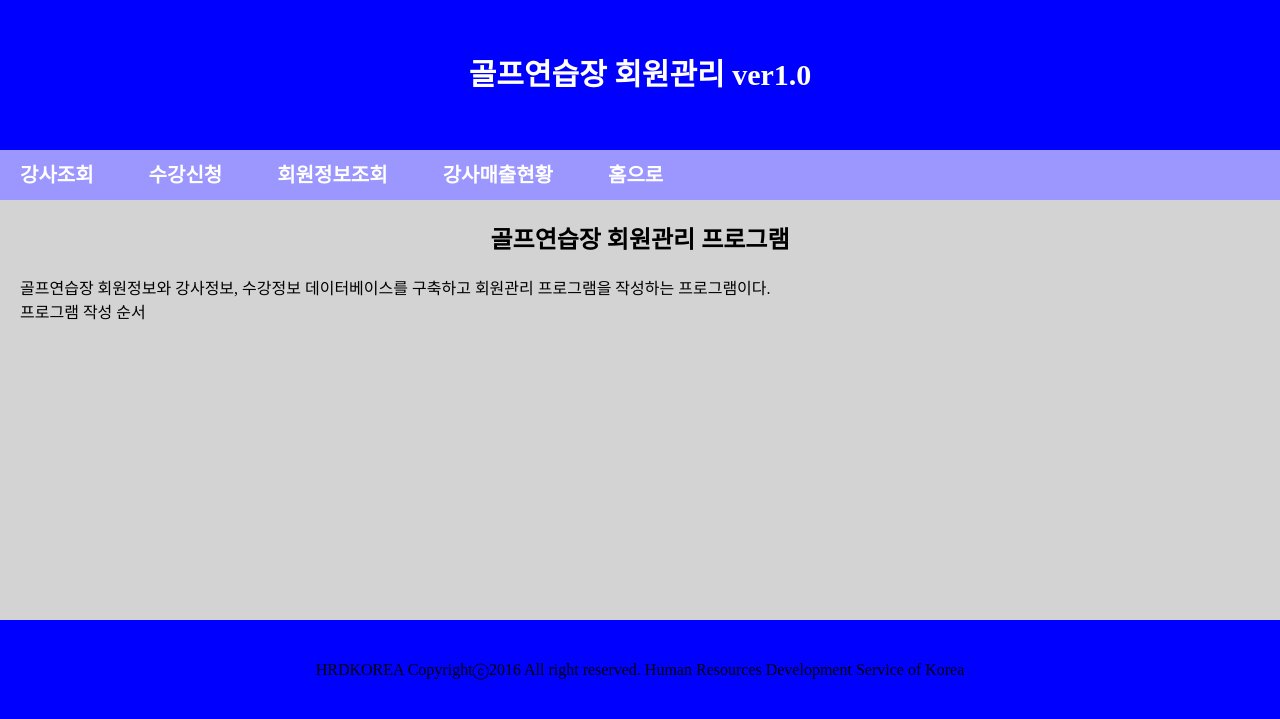
Repository: junhee97/-
Page: http://localhost/HRD_05/
These files come from the project's save history. The page is drawn as it stood at one moment and after a run of saves; the edit follows.
The browser window is 1280 px wide. The pictures show the whole page.
The page is served by Tomcat 9.

Above is the page before, as saved 2025-08-19 12:53:37.

### HRD_05/WebContent/index.jsp
<%@ page language="java" contentType="text/html; charset=UTF-8"
    pageEncoding="UTF-8"%>
<!DOCTYPE html PUBLIC "-//W3C//DTD HTML 4.01 Transitional//EN" "http://www.w3.org/TR/html4/loose.dtd">
<html>
<head>
<meta http-equiv="Content-Type" content="text/html; charset=UTF-8">
<title>Insert title here</title>
</head>
<body>

<jsp:include page="header.jsp"></jsp:include>

<section style="position: fixed; top: 200px; left: 0px; width: 100%; height: 100%; background-color: lightgray;">
<h2 style="text-align: center;">골프연습장 회원관리 프로그램</h2>
<p style="padding-left: 20px;">
	골프연습장 회원정보와 강사정보, 수강정보 데이터베이스를 구축하고 회원관리 프로그램을 작성하는 프로그램이다.<br>
	프로그램 작성 순서 <br>
</p>

</section>

<jsp:include page="footer.jsp"></jsp:include>

</body>
</html>

### HRD_05/WebContent/header.jsp
<%@ page language="java" contentType="text/html; charset=UTF-8"
    pageEncoding="UTF-8"%>
<!DOCTYPE html PUBLIC "-//W3C//DTD HTML 4.01 Transitional//EN" "http://www.w3.org/TR/html4/loose.dtd">
<html>
<head>
<meta http-equiv="Content-Type" content="text/html; charset=UTF-8">
<title>Insert title here</title>

<style>
a {
	text-decoration: none;
	color: white;
}
</style>

</head>
<body>

<header style="position: fixed; top: 0px; left: 0px; width: 100%; height: 150px; line-height: 150px; text-align: center; color: white; background-color: blue; font-size: 30px; font-weight: 600;">
	골프연습장 회원관리 ver1.0
</header>

<nav style="position: fixed; top: 150px; left: 0px; width: 100%; height: 50px; line-height: 50px; padding-left: 20px; background-color: #9C96FF; font-size: 20px; font-weight: 600;">
	<a href="t_list.jsp">강사조회</a> &nbsp; &nbsp; &nbsp; &nbsp; &nbsp;
	<a href="insert.jsp">수강신청</a> &nbsp; &nbsp; &nbsp; &nbsp; &nbsp;
	<a href="m_list.jsp">회원정보조회</a> &nbsp; &nbsp; &nbsp; &nbsp; &nbsp;
	<a href="t_price.jsp">강사매출현황</a> &nbsp; &nbsp; &nbsp; &nbsp; &nbsp;
	<a href="index.jsp">홈으로</a> &nbsp; &nbsp; &nbsp; &nbsp; &nbsp;
</nav>

</body>
</html>

### HRD_05/WebContent/footer.jsp
<%@ page language="java" contentType="text/html; charset=UTF-8"
    pageEncoding="UTF-8"%>
<!DOCTYPE html PUBLIC "-//W3C//DTD HTML 4.01 Transitional//EN" "http://www.w3.org/TR/html4/loose.dtd">
<html>
<head>
<meta http-equiv="Content-Type" content="text/html; charset=UTF-8">
<title>Insert title here</title>
</head>
<body>

<footer style="position: fixed; bottom: 0px; left: 0px; height: 100px; line-height: 100px; width: 100%; text-align: center; background-color: blue;">
	HRDKOREA Copyrightⓒ2016 All right reserved. Human Resources Development Service of Korea
</footer>

</body>
</html>

After the next 2 saves:
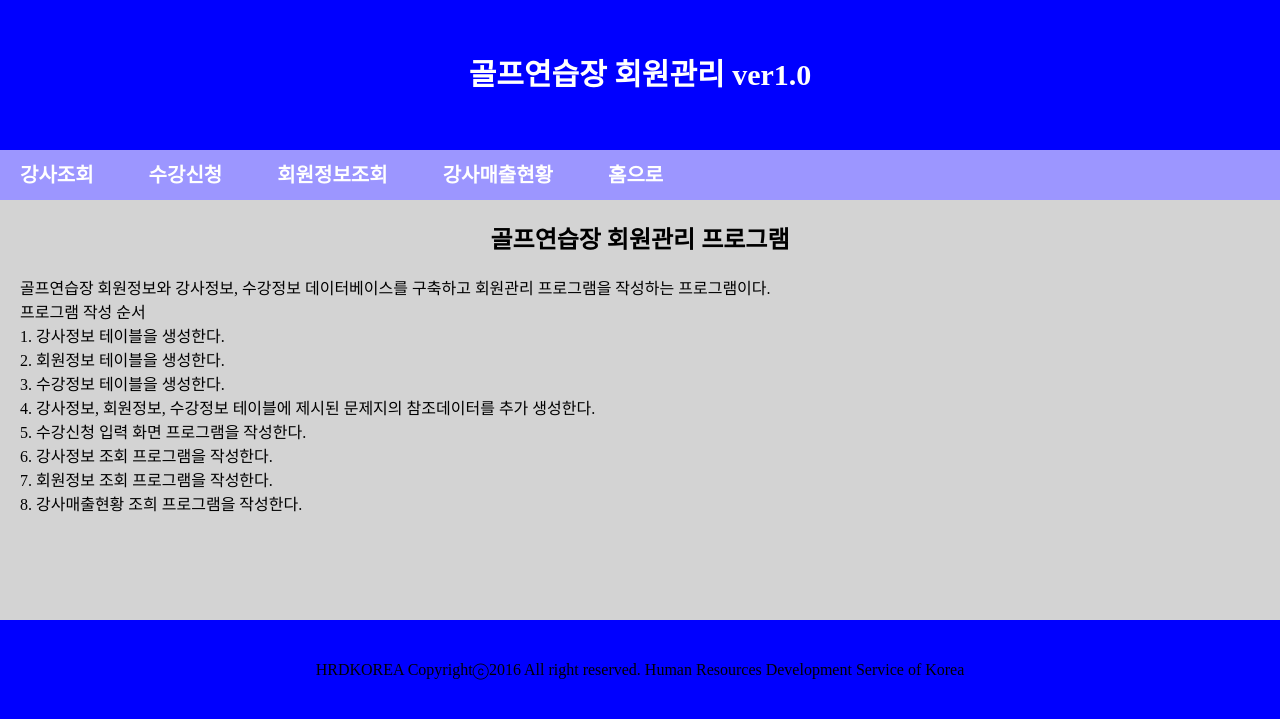
The 2 saves are shown as one change because they came seconds apart.
The last was saved 2 min 3 s later.
--- a/HRD_05/WebContent/index.jsp
+++ b/HRD_05/WebContent/index.jsp
@@ -15,6 +15,14 @@
 <p style="padding-left: 20px;">
 	골프연습장 회원정보와 강사정보, 수강정보 데이터베이스를 구축하고 회원관리 프로그램을 작성하는 프로그램이다.<br>
 	프로그램 작성 순서 <br>
+	1. 강사정보 테이블을 생성한다. <br>
+	2. 회원정보 테이블을 생성한다. <br>
+	3. 수강정보 테이블을 생성한다. <br>
+	4. 강사정보, 회원정보, 수강정보 테이블에 제시된 문제지의 참조데이터를 추가 생성한다. <br>
+	5. 수강신청 입력 화면 프로그램을 작성한다. <br>
+	6. 강사정보 조회 프로그램을 작성한다. <br>
+	7. 회원정보 조회 프로그램을 작성한다. <br>
+	8. 강사매출현황 조희 프로그램을 작성한다.
 </p>
 
 </section>
